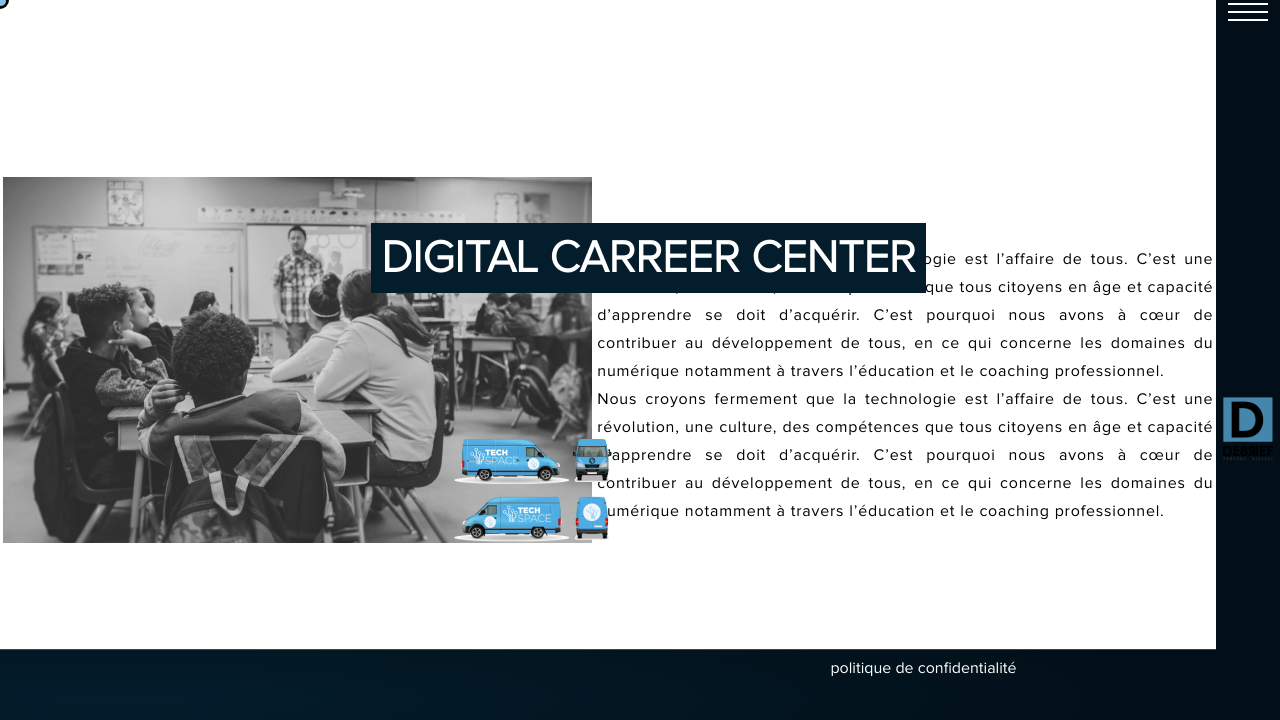
Repository: keloriane/debriefs
Page: /techspace/digital-career
The author's editor kept a copy of each file at every save. The page is drawn from the files as they stood at one save, then again after the next save.
The browser window is 1280 px wide. The pictures show the whole page.
The project was rebuilt for these pictures with package versions that can differ from the ones it lists, and the page was loaded fresh each time. Also part of the build but not shown: src/components/Title/Title.jsx, src/components/BreadCrumbs/HomeB.jsx, src/components/page/Contact/Contact.jsx, src/components/Nav/Nav.jsx, src/components/page/Home/Home.jsx, src/components/page/Main/Main.jsx, src/components/page/Service/Services.jsx, src/components/page/Service/ServiceDetails.jsx and 8 more. Imported but missing from the stored project, and not drawn on this page: src/assets/video/video.mp4.

Above is the page before, as saved 2020-07-28 12:19:57.

### public/index.html
<!DOCTYPE html>
<html lang="en">
  <head>
    <meta charset="utf-8" />
    <link rel="icon" href="%PUBLIC_URL%/favicon.ico" />
    <meta name="viewport" content="width=device-width, initial-scale=1" />
    <meta name="theme-color" content="#000000" />
    <meta
      name="description"
      content="Web site created using create-react-app"
    />
    <link rel="apple-touch-icon" href="%PUBLIC_URL%/logo192.png" />
    <link href="https://fonts.googleapis.com/css2?family=Inter:wght@300;400;600;700&display=swap" rel="stylesheet">
    <link rel="manifest" href="%PUBLIC_URL%/manifest.json" />
    <title>React App</title>
  </head>
  <body>
    <noscript>You need to enable JavaScript to run this app.</noscript>
    <div id="root"></div>
  </body>
</html>

### src/App.scss

@import "./assets/style/module/variables.scss";
@import "./assets/style/module/breakpoints.scss";



h2, h3{
  font-family:$proxyL;
}
button{
  color: $white;
}
body,
html {
  user-select: none;
  background: $white;
  overscroll-behavior: none;
  margin: 0;
  font-family: "Proxima";
  -webkit-font-smoothing: antialiased;
  -moz-osx-font-smoothing: grayscale;
}

.container {
  width: 1560px;
  min-width: 1560px;
  margin: 0 auto;
  height: 100%;
  @include media("<=1560px") {
    width: 1280px;
    min-width: 1280px;
  }
  @include media("<=desktop") {
    width: 1080px;
    min-width: 1080px;
  }
  @include media("<=1080px") {
    width: 100%;
    min-width: 100%;
  }
  .row {
    display: flex;
    height: 95%;
    padding: 0 32px;
    @include media("<=phone") {
      padding: 0 16px;
    }
  }
  .v-center {
    align-items: center;
  }
  .space-between {
    justify-content: space-between;
  }
}
.intro-container{
  width: 100vw;
  height: 100vh;
  overflow: hidden;
  display: flex;
  align-items: center;
  justify-content: center;
  background: radial-gradient(80.27% 180.6% at 9.33% 71.2%, #0D0D0D 0%, #041D2C 100%);

}

#loader{
  width: 30vw;
}

path{
  overflow: hidden;
}

a{
  text-decoration: none;
}

.container-fluid {
  width: 95%;
  height: 100%;
  .row {
    display: flex;
    height: 95%;
  }

}
#page{
  background: radial-gradient(80.27% 180.6% at 9.33% 71.2%, #0D0D0D 0%, #020f18 100%);
  width: 100vw;
  height: 100vh;
  background-color: #fff;
  overflow: inherit;
  @include media('<=tablet'){
    height: 100%;
    width: 100%;
  }
}

*{
  padding: 0;
  margin: 0;

}

### src/components/page/Footer/Footer.jsx
import React from "react";
import "./footer.scss"

const Footer = () => {
    return (
        <div id="footer">
            <div className="logo-footer">


            </div>
            <div className="links">
            <a href="politique de fonidentialité pdf">politique de confidentialité</a>

            </div>
        </div>
    )
}
export default Footer;

### src/components/page/Dcg/Dcg.jsx
import React from "react";
import room from "./../../../assets/images/room.png";
import bus from "./../../../assets/images/bus.png";
import "./dcg.scss";
import { Title } from "../../Title/Title";

const Dcg = () => {
  return (
    <div id="digital-career-center">
      <div className="inner-container">
        <div className="dcg-image-container">
          <div className="inner-image">
            <img src={room} alt="" />
            <img src={bus} alt="" className="bus"/>
          </div>
        </div>
        <div className="inner-text-content">
          <div className="title-back-layer">
            <h2 className="text-letter">Digital carreer center</h2>
          </div>
          <div className="text-inner-content">
            <p>
              Nous croyons fermement que la technologie est l’affaire de tous.
              C’est une révolution, une culture, des compétences que tous
              citoyens en âge et capacité d’apprendre se doit d’acquérir. C’est
              pourquoi nous avons à cœur de contribuer au développement de tous,
              en ce qui concerne les domaines du numérique notamment à travers
              l’éducation et le coaching professionnel.
            </p>
            <p>
              Nous croyons fermement que la technologie est l’affaire de tous.
              C’est une révolution, une culture, des compétences que tous
              citoyens en âge et capacité d’apprendre se doit d’acquérir. C’est
              pourquoi nous avons à cœur de contribuer au développement de tous,
              en ce qui concerne les domaines du numérique notamment à travers
              l’éducation et le coaching professionnel.
            </p>
          </div>
        </div>
      </div>
    </div>
  );
};
export default Dcg;

### src/assets/style/module/variables.scss
$white:#ffffff;
$lBlue:#8CCAED;
$dBlue:#041D2C;
$gradient: radial-gradient(80.27% 180.6% at 9.33% 71.2%, #041d2c 0%, #020f18 100%);
$gradientInner: radial-gradient(80.27% 180.6% at 9.33% 71.2%, #041B28 0%, #03141F 100%);
$proxy: "Proxima";
$proxyB: "Proxima-bold";
$proxyL: "Proxima-light";


@font-face {
    font-family: "Proxima";
    src: url("./../../fonts/ProximaNova-Regular.otf") format("opentype"),


}

@font-face {
    font-family: "Proxima-bold";
    src: url("./../../fonts/ProximaNova-Bold.otf") format("opentype"),
}
@font-face {
    font-family: "Proxima-light";
    src: url("./../../fonts/ProximaNova-Light.otf") format("opentype"),
}

### src/components/page/Main/main.scss
//head
@import "./../../../assets/style/module/variables.scss";
@import "./../../../assets/style/module/breakpoints.scss";

.logo-content-about{
  svg{

    @include media("<=1365px"){
      display: none;
    }
  }
}


#main-about-page {
  display: flex;
  color: $white;
  justify-content: space-around;
  width: 95vw;
  height: 100vh;
  align-items: center;
  background: $gradient;
  flex-wrap: wrap;
  @include media("<=tablet"){
    height: 100%;
  }
  .about-media-content{
    display: flex;
    flex-flow: column;
    height: 490px;
    justify-content: space-around;
    .image-container{
      margin-left: 40px;
      @include media("<=tablet"){
        margin-left: 0;
      }
      img{
        width: 100%;
        max-width: 450px;
      }
    }

    h2 {
      font-size: 52px;
      line-height: 63px;
      color: #FFFFFF;
      @include media("<=tablet"){
        font-size: 4vw;
      }
    }

  }



  .about-text-content {
    max-width: 700px;
    width: 100%;
    padding:25px;
    p{
      text-align: justify;
    }

    .underline-about {
      width: 100%;
      max-width: 300px;
      border: .5px solid #FFFFFF;
    }

    .about-title {
      font-weight: 600;
      font-size: 36px;
      line-height: 45px;

      color: $lBlue;
    }

    .about-text {
      margin-top: 50px;
      font-weight: 600;
      font-size: 17px;
      line-height: 154.3%;
      /* or 25px */


      color: #FFFFFF;

    }
  }

}

### src/components/Cursor/cursor.scss
@import "./../../assets//style/module/easing.scss";
@function rem($pixel) {
    @return $pixel/16+rem;
}
$desktop: 1920px;
.c-cursor {
    height: rem(18);
    position: fixed;
    left: rem(-9);
    top: rem(-9);
    z-index: 9;
    width: rem(18);
    display: flex;
    justify-content: center;
    align-items: center;
    transition: 1s cubic-bezier(0.19, 1, 0.22, 1);
    pointer-events: none;
    backface-visibility: hidden;
    mix-blend-mode: difference;
    &:before {
        // border: 1px solid hsla(0, 0%, 83%, 1);
        background-color: #ffffff;
        border-radius: 50%;
        height: 100%;
        content: "";
        width: 100%;
        position: absolute;
        left: 0;
        top: 0;
        mix-blend-mode: difference;
        .is-hover & {
            mix-blend-mode: difference;
            transform: scale(2.5);
            transition: all 0.3s $easeOutQuad;
        }
    }
}

button {
    height: 40px;
    width: 60px;
}

#box-css {
    animation: slidein 20s infinite;
}

@keyframes slidein {
    from {
        transform: translateX(-500px);
    }
    to {
        transform: translateX(1000px);
    }
}

#inner-cursor {
    height: 10px;
    position: fixed;
    z-index: 10;
    width: 10px;
    display: flex;
    left: -0.25rem;
    top: -0.25rem;
    justify-content: center;
    align-items: center;
    background-color: #85C3E6;
    border-radius: 100%;
    pointer-events: none;
    &:before {
        background-color: #85C3E6;
        border-radius: 50%;
        height: 100%;
        width: 100%;
        position: absolute;
        left: 10;
        top: 10;
        .is-hover & {
            border: 1px solid hsla(274, 100%, 50%, 1);
            transform: scale(2.5);
        }
    }
}

### src/components/page/Service/services.scss
@import "./../../../assets//style//module/variables.scss";
@import "./../../../assets//style//module/breakpoints.scss";
#services {
  background: $gradient;
  width: 95vw;
  height: 100vh;
  display: flex;
  align-items: center;
  .logo-bread{
    margin-left: 40px;
  }
  .logo-layer{
    margin-left: 50px;
  }
  @include media('<=652px'){
    height: 100%;
  }
  @include media('<=phone'){
    height: 100%;
    width: 320px;
    margin: 0 auto;
    background:none;
  }

  .service-container {
    margin: 0 auto;
  }
  .title-service {
    max-width: 409px;
    height: 88px;
    h2 {
      font-family: "Proxima";
      font-style: normal;
      font-weight: 600;
      font-size: 52px;
      line-height: 63px;
      color: #ffffff;
      text-transform: uppercase;
    }
  }
  .services-grid {
    width: 100%;
    max-width: 800px;
    margin: 0 auto;
    display: flex;

    flex-wrap: wrap;
    justify-content: space-around;
    align-items: center;
    @include media('<=phone'){
      height: 100%;
      width: 320px;
      margin: 0 auto;
    }

    .service-item {
      width: 310px;
      height: 165px;
      display: flex;
      flex-flow: column;
      justify-content: space-around;
      margin-top: 45px;
      .number {
        align-self: flex-end;
      }
      .headline-service {
        display: flex;
        justify-content: space-between;
        h3 {
          font-style: normal;
          font-weight: bold;
          font-size: 21px;
          line-height: 26px;
          color: #ffffff;
        }
      }
      p {
        font-family: "Proxima";
        font-style: normal;
        font-weight: 500;
        font-size: 18px;
        line-height: 22px;

        color: #fcfcfc;
      }
      .underline-service {
        width: 269px;
        border: 0.5px solid white;
      }
    }
  }
}

### src/components/page/Webinaire/webinaires.scss
@import "./../../../assets/style/module/variables.scss";
@import "./../../../assets/style/module/breakpoints.scss";


#webinaire {
    width: 100vw;
    background: $gradient;

    position: relative;

    .timeline {
        height: 100%;
        width: 1px;
        margin: auto;
        top: 0;
        position: absolute;
        left: 50%;
        transform: translate( -50%);
        background-color: white;
    }

    #webinaire-page {
        width: 891px;
        margin: 0 auto;
        display: flex;
        flex-flow: column;
        position: relative;

        .webinaire-item {
            display: flex;
            position: relative;
            align-items: center;
            justify-content: space-between;
            width: 470px;
            height: 320px;


            &.reverse {
                align-self: flex-end;
                flex-flow: row-reverse;

                .timeline-dot {
                    justify-self: flex-start;

                    .webinaire-image {
                        img {
                            right: -14px;
                        }

                    }
                }
            }

            .webinaire-image {
                img {
                    max-width: 250px;
                    width: 100%;
                    position: absolute;
                    right: 100px;
                    top: 77px;


                }
            }

            .webinaire-content {
                position: relative;
                z-index: 1;

                h3 {
                    font-family: "Proxima";
                    font-style: normal;
                    font-weight: 600;
                    font-size: 29px;
                    line-height: 35px;
                    color: #FFFFFF;
                }

                .webinaire-credits {
                    font-family: "Proxima";
                    font-style: normal;
                    font-weight: 600;
                    font-size: 17px;
                    line-height: 21px;
                    color: $lBlue;
                }

                .webinaire-date {
                    font-size: 15px;
                    line-height: 16px;
                    color: #BFBFBF;
                }
            }

            .timeline-dot {
                width: 50px;
                height: 50px;
                background-color: #fff;
                border-radius: 100%;
            }
        }
    }
}

### src/components/MenuBox/menu.scss
@import "./../../assets/style/module/variables.scss";

  .menu-box {
    width: 100%;
    height: 100vh;
    overflow: hidden;
    position: fixed;
    display: grid;
    top: 0;
    left: 0;
    grid-template-columns: 20% 30% 50%;
    grid-template-rows: 60% 40%;
    grid-template-areas:
      "item3 item2 item1"
      "item4 item4 item1";
    z-index: 0;
    display:grid;
      .menu__item {
          overflow: hidden;

          &.menu__item1 {

              background: $dBlue;
              grid-area: item1;
              transform: translateY(-100%);
            }
            &.menu__item2 {
                background: $dBlue;

                transform: translateX(-170%);
                grid-area: item2;
            }
            &.menu__item3 {
                background: $white;

                transform: translateX(-100%);
                grid-area: item3;
            }
            &.menu__item4 {
                background: $lBlue;
                grid-area: item4;
                transform: translateX(-100%);

            }
            &.menu__item5 {
                background: $white;
                grid-area: item5;



            }
        }

      .menu__item-inner {
        display: flex;
        flex-direction: column;

        align-items: center;
        height: 100%;
        a {
          font-size: 2vw;
          overflow: visible;
          margin: 0.5rem 0;
          padding: 0 0.5rem;
          position: relative;
          transition: color 0.3s;
          color: $white;
          &:hover{
              color: $lBlue;
          }

        }
      }
    }




// .menu-box {
//     text-align: center;
//     width: 100%;
//     height: 100vh;
//     overflow: hidden;
//     position: fixed;
//     top: 0;
//     left: 0;
//     z-index: 200;
//     display: grid;
//     grid-template-columns: 100%;
//     grid-template-rows: repeat(3,33.33%);
//     pointer-events: none;
// }

### src/components/page/Footer/footer.scss
@import "./../../../assets/style/module/variables.scss";

#footer{
    height: 50px;
    border-top: 1px solid rgba(133, 195, 230, 0.31);
    position: fixed;
    bottom: 0;
    width: 100%;
    background: $gradient;
    padding: 10px;
    display: flex;
    justify-content: space-around;
    a{
        color: white;
    }
    img{
        width: 60px;
    }
}

### src/components/page/Blog/Blog.scss
@import "./../../../assets/style/module/variables.scss";
@import "./../../../assets/style/module/breakpoints.scss";

#blog {
  width: 100vw;
  height: 100%;
  background: $gradient;
  color: $white;
  display: flex;
  align-items: center;
  .underline{
      margin-top: 5px;
      width: 180px;
  }
  .inner-blog{
      width: 1240px;
      height: 700px;

      margin: 0 auto;
      .blog-wrapper {
        margin-top: 50px;
        width: 100%;
        height: 100%;
        display: flex;
        flex-wrap: wrap;
        justify-content: space-around;
        overflow-y: scroll;

        .blog-article {
          background: radial-gradient(
            80.27% 180.6% at 9.33% 71.2%,
            #0d0d0d 0%,
            #041d2c 100%
            );
            overflow: hidden;
          border: 0.5px solid #d7d7d7;
          box-sizing: border-box;
          border-radius: 40px 0px;
          max-width: 450px;
          width: 100%;
          height: 620px;
          margin-bottom: 40px;
          .image-article-container{
              max-height: 255px;
              overflow: hidden;
          }
          .article-headline {
            display: flex;
            height: 20px;
            align-items: center;
            justify-content: space-between;
            padding: 10px;
            .article-title {
              font-family: $proxyL;
              font-size: 24px;
              line-height: 154.3%;
              font-weight: 200;
              /* or 37px */

              color: #ffffff;

            }
            .article-time{
                font-size: 10px;
            }
        }
                .article-content {
                    padding: 24px;
                    p{
                        text-align: justify;
                        font-size: 16px;
                        line-height: 154.3%;
    /* or 25px */
                    }
                }
          img {
            width: 100%;
            filter: saturate(0%);
          }
        }
      }
  }
}

### src/components/page/Dcg/dcg.scss
@import "./../../../assets/style/module/variables.scss";
@import "./../../../assets/style/module/breakpoints.scss";

#digital-career-center {
  width: 95vw;
  height: 100vh;
  background-color: $white;
  .inner-container {
    display: flex;
    max-width: 1280px;
    width: 100%;
    height: 100%;
    justify-content: space-around;
    align-items: center;
    flex-flow: wrap;
    .dcg-image-container {
      .inner-image {
        width: 589px;
        height: 366px;
        position: relative;
      }
      .inner-image {
          .bus{
              position: absolute;
            bottom: 0;
            right: -20px;
          }
      }
    }
    .inner-text-content {
      .title-back-layer {
        position: absolute;
        left: 29%;
        background-color: $dBlue;
        height: 50px;
        display: flex;
        align-items: center;
        margin-bottom: 20px;
        top: 31%;
        // width: 272px;
        padding: 10px;
        overflow: hidden;
        h2 {
          text-transform: uppercase;
          color: $white;
          font-size: 45px;
        }
        @include media("<=tablet") {
          position: relative;
          display: block;
          left: 0;
          top: 0;
        }
      }
      .text-inner-content {
        width: 100%;
        max-width: 616px;
        margin-top: 50px;
        p {
          font-weight: 300;
          font-size: 16px;
          line-height: 175.9%;
          /* or 28px */

          text-align: justify;
          letter-spacing: 0.05em;
        }
      }
    }
  }
}

### src/components/Title/title.scss
@import "./../../assets/style/module/variables.scss";
@import "./../../assets/style/module/breakpoints.scss";
.title-container{
    display: flex;
    flex-flow: column;
    justify-content: space-around;

    h2{
        font-size: 52px;
        color: white;
        @include media('<=phone'){

            margin: 0 auto;
            font-size: 20px;

          }
    }
    .underline{

        width: 100%;
        max-width: 340px;
    }


}

### src/components/Nav/nav.scss
@import "./../../assets/style/module/variables.scss";
.home-nav {
    ul {
        display: flex;
        justify-content: space-around;
        align-items: center;

        li {
            list-style: none;

            a {
                font-family: "Proxima";
                font-style: normal;
                font-weight: bold;
                font-size: 18px;
                line-height: 175.9%;
                /* or 32px */
                text-align: center;
                letter-spacing: 0.05em;
                color: $white;
                text-transform: uppercase;
                text-decoration: none;
            }

            button {
                position: relative;
                width: 169px;
                height: 49px;
                border: 1px solid $white;
                box-sizing: border-box;
                background: none;
                text-transform: uppercase;
                font-weight: bold;
                    color: $white;

            }
        }
    }
}

### src/assets/style/module/easing.scss
$linear: cubic-bezier(0.250, 0.250, 0.750, 0.750);
$ease: cubic-bezier(0.250, 0.100, 0.250, 1.000);
$ease-in: cubic-bezier(0.420, 0.000, 1.000, 1.000);
$ease-out: cubic-bezier(0.000, 0.000, 0.580, 1.000);
$ease-in-out: cubic-bezier(0.420, 0.000, 0.580, 1.000);
$easeInQuad: cubic-bezier(0.550, 0.085, 0.680, 0.530);
$easeInCubic: cubic-bezier(0.550, 0.055, 0.675, 0.190);
$easeInQuart: cubic-bezier(0.895, 0.030, 0.685, 0.220);
$easeInQuint: cubic-bezier(0.755, 0.050, 0.855, 0.060);
$easeInSine: cubic-bezier(0.470, 0.000, 0.745, 0.715);
$easeInExpo: cubic-bezier(0.950, 0.050, 0.795, 0.035);
$easeInCirc: cubic-bezier(0.600, 0.040, 0.980, 0.335);
$easeInBack: cubic-bezier(0.600, -0.280, 0.735, 0.045);
$easeOutQuad: cubic-bezier(0.250, 0.460, 0.450, 0.940);
$easeOutCubic: cubic-bezier(0.215, 0.610, 0.355, 1.000);
$easeOutQuart: cubic-bezier(0.165, 0.840, 0.440, 1.000);
$easeOutQuint: cubic-bezier(0.230, 1.000, 0.320, 1.000);
$easeOutSine: cubic-bezier(0.390, 0.575, 0.565, 1.000);
$easeOutExpo: cubic-bezier(0.190, 1.000, 0.220, 1.000);
$easeOutCirc: cubic-bezier(0.075, 0.820, 0.165, 1.000);
$easeOutBack: cubic-bezier(0.175, 0.885, 0.320, 1.275);
$easeInOutQuad: cubic-bezier(0.455, 0.030, 0.515, 0.955);
$easeInOutCubic: cubic-bezier(0.645, 0.045, 0.355, 1.000);
$easeInOutQuart: cubic-bezier(0.770, 0.000, 0.175, 1.000);
$easeInOutQuint: cubic-bezier(0.860, 0.000, 0.070, 1.000);
$easeInOutSine: cubic-bezier(0.445, 0.050, 0.550, 0.950);
$easeInOutExpo: cubic-bezier(1.000, 0.000, 0.000, 1.000);
$easeInOutCirc: cubic-bezier(0.785, 0.135, 0.150, 0.860);
$easeInOutBack: cubic-bezier(0.680, -0.550, 0.265, 1.550);

Loaded but not shown: src/index.js (common file); src/index.css (common file); src/serviceWorker.js (common file); src/App.js (104 lines, source omitted); src/functions/Animation.js (104 lines, source omitted); src/components/Cursor/Cursor.js (55 lines, source omitted); src/components/Loader/Loader.jsx (42 lines, source omitted); src/components/page/Home/home.scss (376 lines, source omitted); src/assets/style/module/breakpoints.scss (329 lines, source omitted); src/view/Menu/Menu.jsx (127 lines, source omitted); src/components/page/Service/ServiceDetails.scss (230 lines, source omitted); src/components/Header/Header.jsx (138 lines, source omitted); src/components/page/Contact/contact.scss (182 lines, source omitted); src/view/Menu/menu.scss (184 lines, source omitted); src/components/Header/header.scss (103 lines, source omitted); src/components/page/Techspace/techspace.scss (155 lines, source omitted)

After the next save:
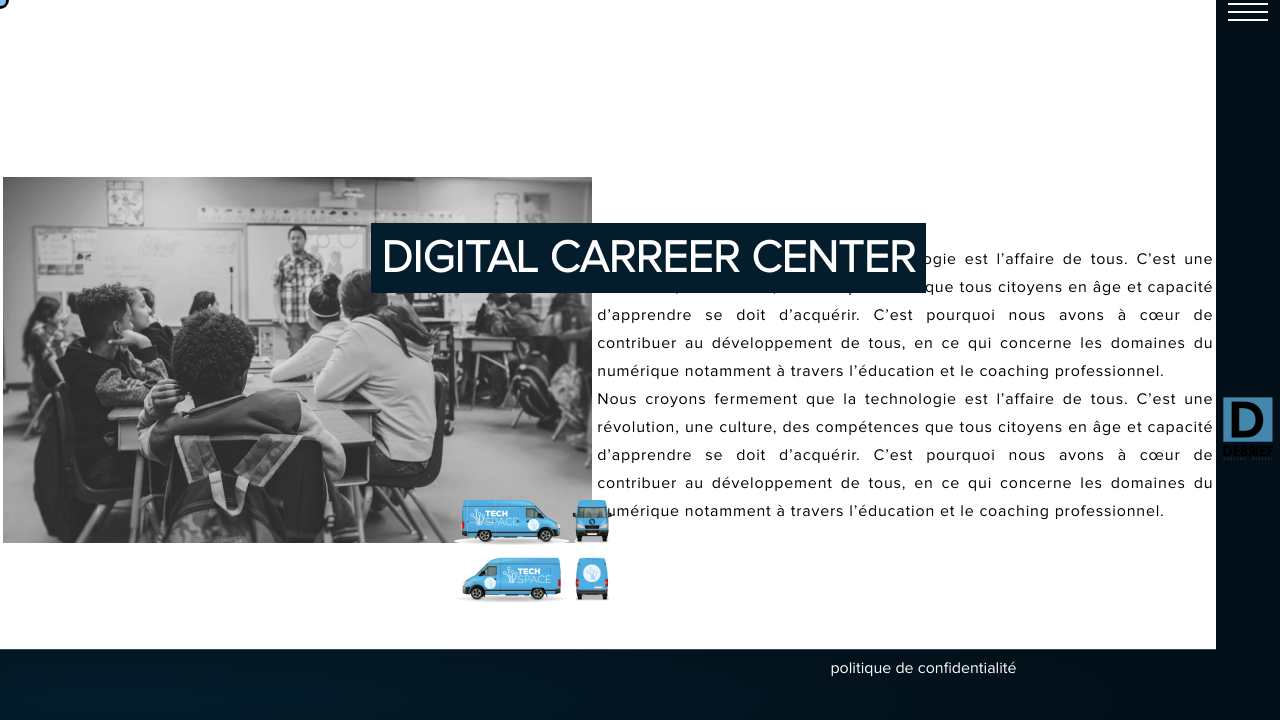
Saved 42 s later.
--- a/src/components/page/Dcg/dcg.scss
+++ b/src/components/page/Dcg/dcg.scss
@@ -21,8 +21,8 @@
       }
       .inner-image {
           .bus{
-              position: absolute;
-            bottom: 0;
+            position: absolute;
+            bottom: -61px;
             right: -20px;
           }
       }
